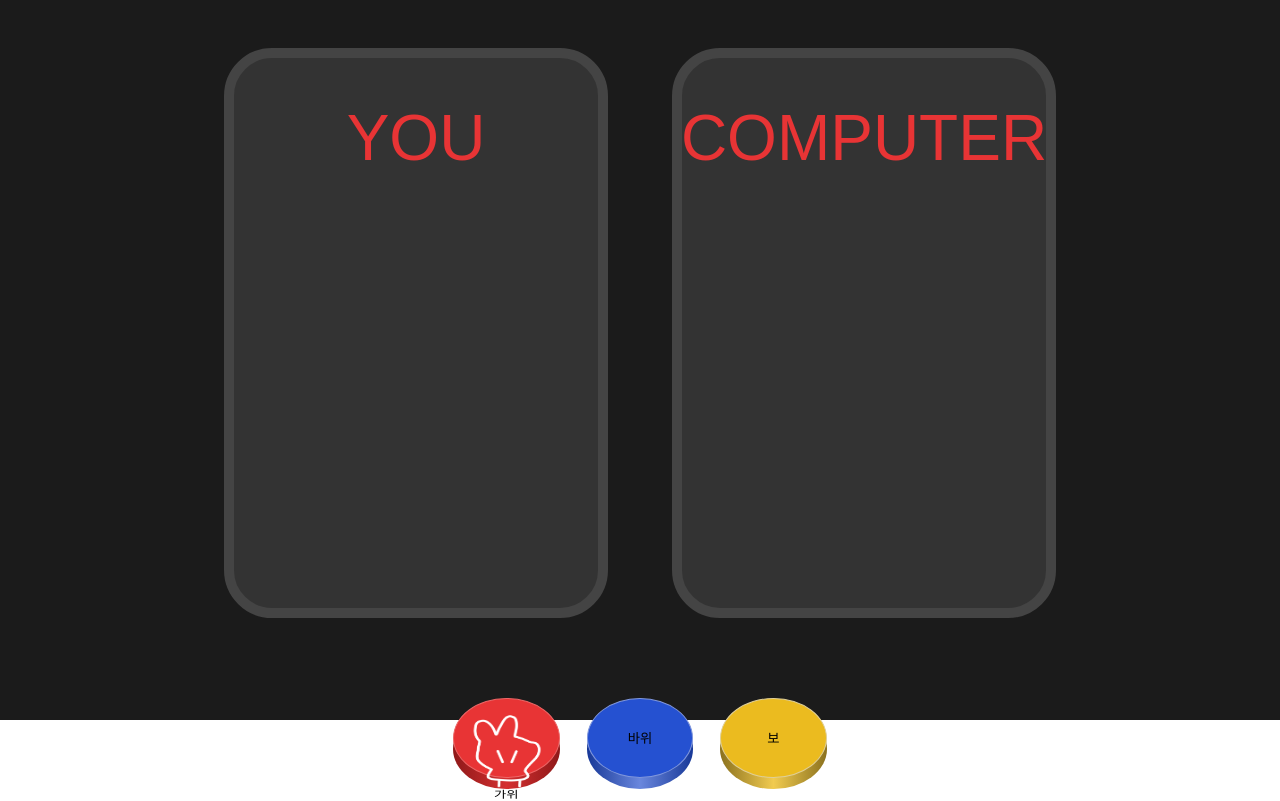
Repository: KIMMIHYE12/classComponent
Page: /
These files come from the project's save history. The page is drawn as it stood at one moment and after the next save; the edit follows.
The browser window is 1280 px wide. The pictures show the whole page.
Some web fonts or font styles are not loaded; a fallback is used. The project was rebuilt for these pictures with package versions that can differ from the ones it lists, and the page was loaded fresh each time.

Above is the page before, as saved 2024-03-20 00:16:43.

### src/App.js
import { object } from "prop-types";
import { useState } from "react";
import "./App.css";
import { Box } from "./component/Box";

const choice = {
  scissors: {
    name: "Scissors",
    img: "/images/scissors.png",
    describe: "가위 이미지",
  },
  rock: {
    name: "Rock",
    img: "/images/rock.png",
    describe: "바위 이미지",
  },
  paper: {
    name: "Paper",
    img: "/images/paper.png",
    describe: "보 이미지",
  },
};

function App() {
  const [userSelect, setUserSelect] = useState(null);
  const [computerSelect, setComputerSelect] = useState(null);
  const [result, setResult] = useState("");

  const play = (userChoice) => {
    setUserSelect(choice[userChoice]);
    let computerChoice = remdomChoice();
    setComputerSelect(computerChoice);
    setResult(judgement(choice[userChoice], computerChoice));
  };

  const remdomChoice = () => {
    let itemArray = Object.keys(choice);
    let randomItem = Math.floor(Math.random() * itemArray.length);
    let final = itemArray[randomItem];
    return choice[final];
  };

  const judgement = (user, computer) => {
    if (user.name == computer.name) {
      return "Tie";
    } else if (user.name == "Scissors")
      return computer.name == "Paper" ? "Win" : "Lose";
    else if (user.name == "Rock")
      return computer.name == "Scissors" ? "Win" : "Lose";
    else if (user.name == "Paper")
      return computer.name == "Rock" ? "Win" : "Lose";
  };

  return (
    <div className='content'>
      <div className='game_screen'>
        <Box title='YOU' item={userSelect} result={result} />
        <Box title='COMPUTER' item={computerSelect} result={result} />
      </div>
      <div className='btn_wrap'>
        <button
          className='scissors'
          onClick={() => {
            play("scissors");
          }}
        >
          <div className='btn_items'>
            <img src='/images/btn_scissors.png' />
            <span>가위</span>
          </div>
        </button>
        <button
          className='rock'
          onClick={() => {
            play("rock");
          }}
        >
          <span>바위</span>
        </button>
        <button
          className='paper'
          onClick={() => {
            play("paper");
          }}
        >
          <span>보</span>
        </button>
      </div>
    </div>
  );
}

export default App;

### src/App.css
@import url("https://use.typekit.net/ebb2deg.css");

@font-face {
  font-family: "GmarketSansMedium";
  src: url("https://cdn.jsdelivr.net/gh/projectnoonnu/noonfonts_2001@1.1/GmarketSansMedium.woff")
    format("woff");
  font-weight: normal;
  font-style: normal;
}

* {
  box-sizing: border-box;
}

.content {
  height: 100vh;
  padding: 3em 0;
  background-color: #1b1b1b;
}

.game_screen {
  width: 100%;
  display: flex;
  justify-content: center;
}

.box {
  width: 30%;
  display: flex;
  flex-direction: column;
  align-items: center;
  margin: 0 2em;
  border: 10px solid #444;
  background: #333;
  border-radius: 3rem;
}

.neon {
  border: 10px solid #fff;
  box-shadow: 0 0 10px #fff, 0 0 10px #fff, 0 0 24px #f5b70c, 0 0 16px #f5b70c,
    0 0 24px #f5b70c, inset 0 0 10px #f5b70c;
}

h1 {
  font-size: 4em;
  color: #e83435;
  font-family: "gloridot", sans-serif;
  font-weight: 400;
  font-style: normal;
}

h2 {
  height: 2em;
  font-size: 2em;
  color: #e83435;
  font-family: "gloridot", sans-serif;
  font-weight: 400;
  font-style: normal;
  letter-spacing: 0.3rem;
}

.img_wrap {
  width: 70%;
  height: 0;
  padding-bottom: 75%;
}

img {
  width: 100%;
}

.btn_wrap {
  position: relative;
  margin-top: 5em;
  display: flex;
  justify-content: center;
  z-index: 1;
}

.btn_wrap button {
  position: relative;
  width: 8em;
  height: 6em;
  margin: 0 1em;
  border-radius: 50%;
  top: 0;
  outline: 0;
  font-family: "GmarketSansMedium";
}

.btn_wrap button.scissors {
  background-color: #e83435;
  border: 1px solid #ec6666;
}

.btn_wrap button.rock {
  background-color: #2551d1;
  border: 1px solid #8097dc;
}

.btn_wrap button.paper {
  background-color: #ebbb1f;
  border: 1px solid #dfcf98;
}

.btn_wrap button:before {
  width: 8em;
  height: 6em;
  display: inline-block;
  content: "";
  position: absolute;
  top: 10px;
  left: -1px;
  right: 0;
  background: red;
  border-radius: 50%;
  z-index: -1;
}

.btn_wrap button.scissors:before {
  background: linear-gradient(
    90deg,
    rgba(143, 25, 25, 1) 0%,
    rgba(212, 47, 48, 1) 50%,
    rgba(143, 25, 25, 1) 100%
  );
}

.btn_wrap button.rock:before {
  background: linear-gradient(
    90deg,
    rgba(23, 56, 152, 1) 0%,
    rgba(106, 135, 221, 1) 50%,
    rgba(23, 56, 152, 1) 100%
  );
}

.btn_wrap button.paper:before {
  background: linear-gradient(
    90deg,
    rgba(139, 113, 30, 1) 0%,
    rgba(241, 203, 80, 1) 50%,
    rgba(139, 113, 30, 1) 100%
  );
}

.btn_wrap button:active {
  top: 4px;
}

.btn_wrap button:active:before {
  top: 6px;
}

.btn_items {
  display: flex;
  flex-direction: column;
  transform: scale(100%, 75%);
}

.btn_items img {
  widht: 70%;
}

### src/component/Box.js
import React from "react";

export const Box = (props) => {
  let result;
  console.log("title", props.title);

  if (
    props.title === "COMPUTER" &&
    props.result !== "Tie" &&
    props.result !== ""
  ) {
    result = props.result == "Win" ? "Lose" : "Win";
  } else {
    result = props.result;
  }

  return (
    <div className={`box ${result == "Lose" || result == "" ? "" : "neon"}`}>
      <h1>{props.title}</h1>
      <div className='img_wrap'>
        <img
          src={props.item && props.item.img}
          alt={props.item && props.item.describe}
        />
      </div>

      <h2>{result}</h2>
    </div>
  );
};

Loaded but not shown: public/index.html (common file); src/index.js (common file); src/index.css (common file); src/reportWebVitals.js (common file)

After the next save:
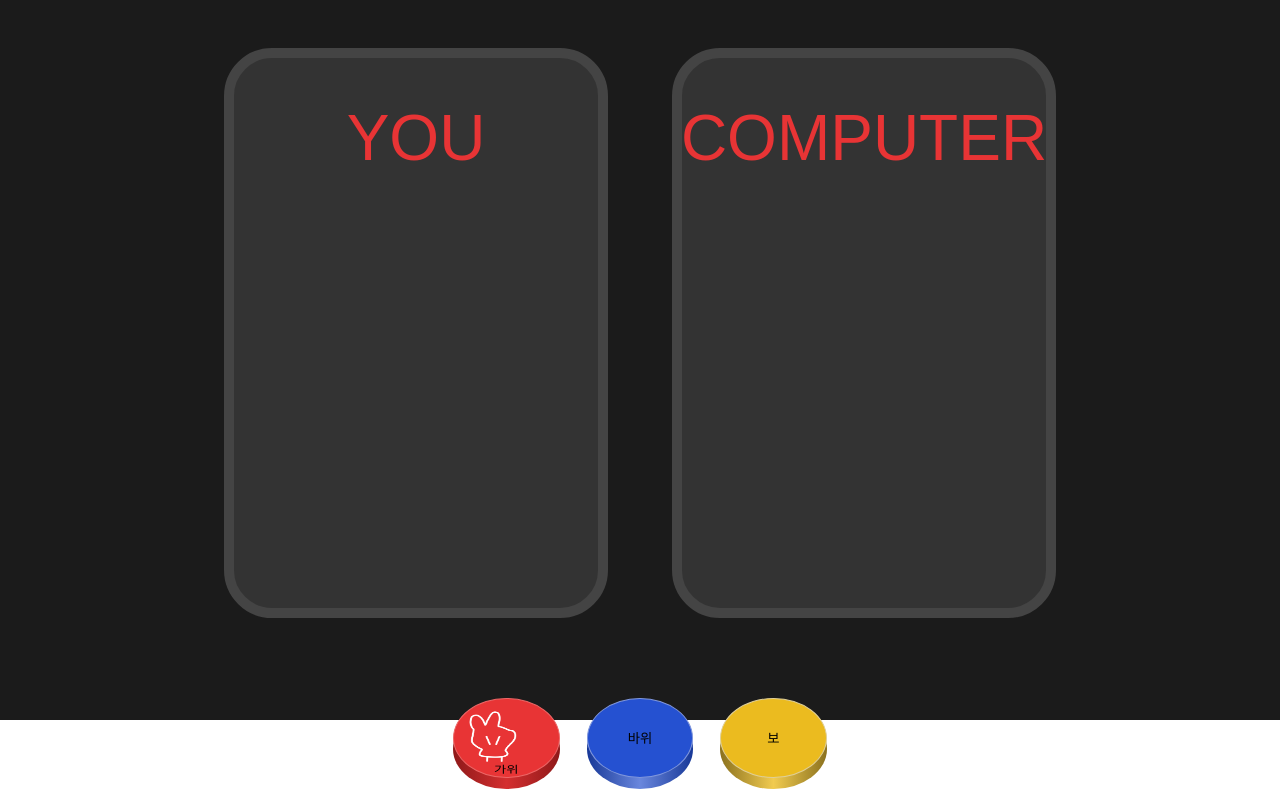
Saved 5 s later.
--- a/src/App.css
+++ b/src/App.css
@@ -159,5 +159,5 @@ img {
 }
 
 .btn_items img {
-  widht: 70%;
+  width: 70%;
 }
